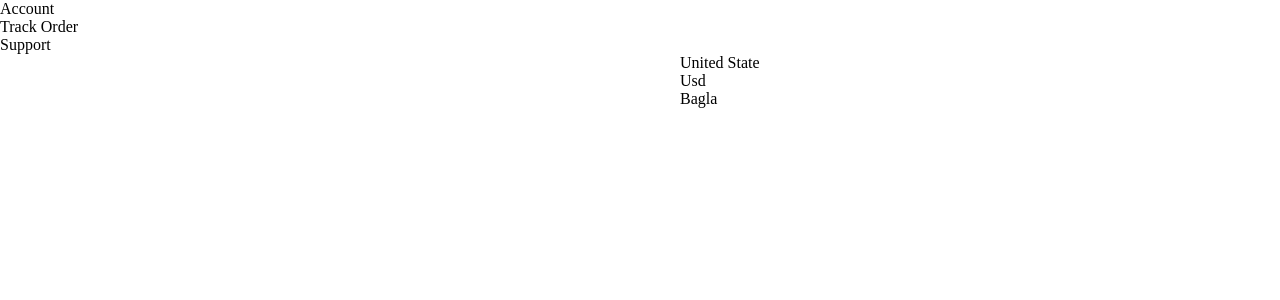
Repository: AbdulRehman787/shopo_ecommerce_web
Page: /
The author's editor kept a copy of each file at every save. The page is drawn from the files as they stood at one save, then again after the next save.
The browser window is 1280 px wide. The pictures show the whole page.
The project was rebuilt for these pictures with package versions that can differ from the ones it lists, and the page was loaded fresh each time. Also part of the build but not shown: src/Pages/AboutUs.js, src/Pages/Blog.js, src/Pages/Contact.js.

Above is the page before, as saved 2023-11-27 17:49:35.

### src/App.js
import React from 'react'
import { BrowserRouter,Routes,Route } from 'react-router-dom'
import Home from './Pages/Home';
import AboutUs from './Pages/AboutUs';
import Blog from './Pages/Blog'
import Contact from './Pages/Contact';
const App = () => {
  return (

    <BrowserRouter>
    <Routes >
    <Route  path='/' element={<Home />} />
    <Route  path='/aboutus' element={<AboutUs />} />
    <Route  path='/blog' element={<Blog />} />
    <Route  path='/contact' element={<Contact />} />

    </Routes>
    </BrowserRouter>
  )
}

export default App

### src/Pages/Home.js
import React from 'react'
import Topheader from '../Components/Header/Topheader'
const Home = () => {
  return (
    <>
    <Topheader/>
    </>
  )
}

export default Home

### src/Components/Header/Topheader.js
import React from 'react'
import './style.css'

const one1=[
    {
        name: "Account"
    },
    {
        name: "Track Order"
    }, {
        name: "Support"
    }
]
const one2=[
    {
        name: "United State"
    },
    {
        name: "Usd "
    }, {
        name: "Bagla"
    }
]
const Topheader = () => {
  return (
    <>
    <div class="container">
  <div class="row">
    <div class="col-sm d-flex ">
      {one1.map((curelem,index)=>{
        return (
            <>

            <p className='px-3'>{curelem.name}</p>

            </>
        )
      })}
    </div>
    <div class="col-sm d-flex sam">
      {one2.map((curelem,index)=>{
        return (
            <>

            <p className='px-3 '>{curelem.name}</p>

            </>
        )
      })}
    </div>

  </div>
</div>
    </>
  )
}

export default Topheader

### src/Components/Header/style.css
*{
    margin: 0;
    padding: 0;
}
.sam{
    margin-left: 680px !important;
}

Loaded but not shown: src/index.js (common file)

After the next save:
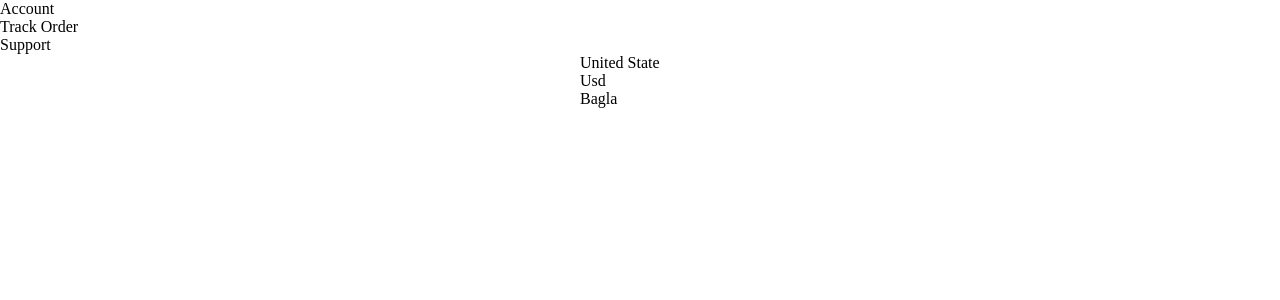
Saved 6 s later.
--- a/src/Components/Header/style.css
+++ b/src/Components/Header/style.css
@@ -3,5 +3,5 @@
     padding: 0;
 }
 .sam{
-    margin-left: 680px !important;
+    margin-left: 580px !important;
 }
